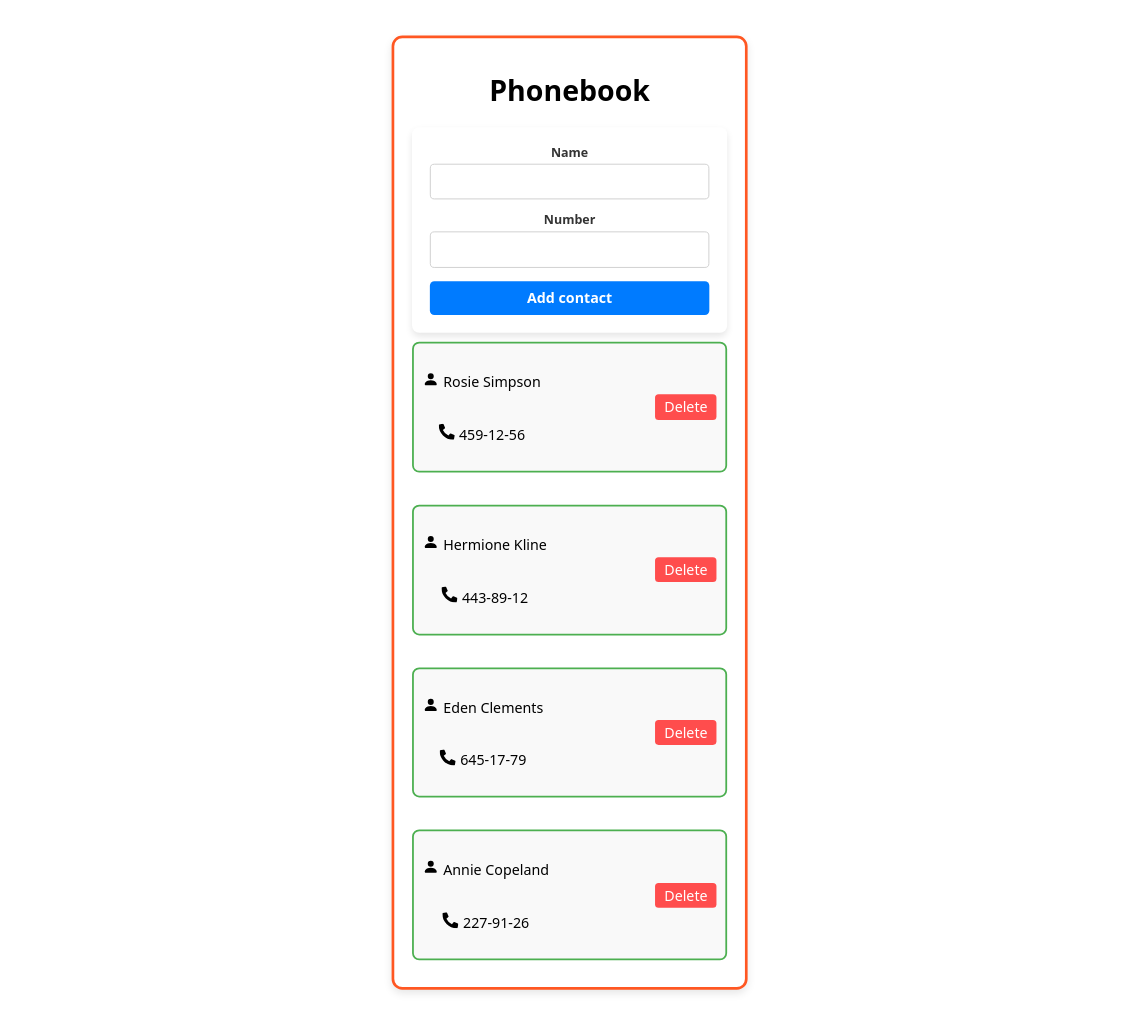
Repository: Evgeniya-Tishakova/goit-react-hw-03
Page: /
The author's editor kept a copy of each file at every save. The page is drawn from the files as they stood at one save, then again after the next save.
The browser window is 1280 px wide. The pictures show the whole page, at 89% of full size.
The project was rebuilt for these pictures with package versions that can differ from the ones it lists, and the page was loaded fresh each time. Also part of the build but not shown: vite.config.js, src/index.css.

Above is the page before, as saved 2025-03-09 15:29:44.

### src/main.jsx
import { StrictMode } from "react";
import { createRoot } from "react-dom/client";
import "./index.css";
import App from "./components/App/App";
import "modern-normalize";

createRoot(document.getElementById("root")).render(
  <StrictMode>
    <App />
  </StrictMode>
);

### src/components/App/App.jsx
import { useState } from "react";
import { nanoid } from "nanoid";

import css from "./App.module.css";
import ContactForm from "../ContactForm/ContactForm";
import ContactList from "../ContactList/ContactList";

export default function App() {
  const [users, setUsers] = useState([
    { id: "id-1", name: "Rosie Simpson", number: "459-12-56" },
    { id: "id-2", name: "Hermione Kline", number: "443-89-12" },
    { id: "id-3", name: "Eden Clements", number: "645-17-79" },
    { id: "id-4", name: "Annie Copeland", number: "227-91-26" },
  ]);
  const [filterContacts, setFilterContacts] = useState("");

  const addUser = (newUser) => {
    setUsers((prevUsers) => {
      return [...prevUsers, newUser];
    });
  };

  const deleteUser = (userId) => {
    console.log(userId);
  };

  const searchUsers = users.filter((user) => user.name.toLowerCase());

  return (
    <>
      <div className={css.container}>
        <h1 className={css.title}>Phonebook</h1>
        <ContactForm onAdd={addUser} />
        <ContactList users={users} onDelete={deleteUser} />
      </div>
    </>
  );
}

### src/components/App/App.module.css
.container {
  max-width: 400px;
  margin: 40px auto;
  padding: 20px;
  border: 3px solid #ff5722;
  border-radius: 12px;
  background-color: #fff;
  box-shadow: 0px 4px 10px rgba(0, 0, 0, 0.1);
  text-align: center;
}

### src/components/ContactForm/ContactForm.jsx
import { Formik, Form, Field, ErrorMessage } from "formik";
import css from "./ContactForm.module.css";
import * as Yup from "yup";
import { nanoid } from "nanoid";

const UserSchema = Yup.object().shape({
  name: Yup.string()
    .min(3, "Too Short!")
    .max(50, "Too Long!")
    .required("Required"),
  number: Yup.number()
    .min(3, "Too short")
    .max(50, "Too long")
    .required("Required"),
});

export default function ContactForm({ onAdd }) {
  const initialValues = {
    name: "",
    number: "",
  };

  const handleSubmit = (values, actions) => {
    console.log("handleSubmit", values);

    onAdd(values, (id = nanoid));
    actions.resetForm();
  };

  // const handleSubmit =(event) => {
  // event.preventDefault();
  //   onAdd({
  //     name: event.target.elements.name.value;
  //     number: event.target.elements.number.value;
  //   })
  // }

  return (
    <Formik
      initialValues={initialValues}
      onSubmit={handleSubmit}
      validation={UserSchema}
    >
      {(props) => (
        <Form className={css.form} onSubmit={props.handleSubmit}>
          <div className={css.container}>
            <label className={css.label}>Name</label>
            <Field className={css.input} type="text" name="name" />
            <ErrorMessage className={css.error} name="name" component="span" />
          </div>
          <div className={css.container}>
            <label className={css.label}>Number</label>
            <Field className={css.input} type="text" name="number" />
            <ErrorMessage
              className={css.error}
              name="number"
              component="span"
            />
          </div>

          <button className={css.button} type="submit">
            Add contact
          </button>
        </Form>
      )}
    </Formik>
  );
}

### src/components/ContactList/ContactList.jsx
import css from "./ContactList.module.css";
import Contact from "../Contact/Contact";

export default function ContactList({ users, onDelete }) {
  return (
    <ul className={css.list}>
      {users.map((user) => (
        <li className={css.item}>
          <Contact
            key={user.id}
            name={user.name}
            number={user.number}
            onDelete={onDelete}
          />
        </li>
      ))}
    </ul>
  );
}

### src/components/ContactForm/ContactForm.module.css
.form {
    display: flex;
    flex-direction: column;
    align-items: center;
    gap: 15px;
    background-color: #fff;
    padding: 20px;
    border-radius: 8px;
    box-shadow: 0 4px 8px rgba(0, 0, 0, 0.1);
    max-width: 400px;
    margin: 0 auto;
}

.container {
    display: flex;
    flex-direction: column;
    width: 100%;
}


.label {
    font-size: 14px;
    font-weight: 600;
    color: #333;
    margin-bottom: 5px;
}

.input {
    width: 100%;
    padding: 10px;
    border: 1px solid #ccc;
    border-radius: 5px;
    font-size: 16px;
    transition: border 0.3s ease;
}

.input:focus {
    border-color: #007bff;
    outline: none;
}

.button {
    width: 100%;
    padding: 10px;
    background-color: #007bff;
    color: white;
    font-size: 16px;
    font-weight: bold;
    border: none;
    border-radius: 5px;
    cursor: pointer;
    transition: background 0.3s ease;
}

.button:hover {
    background-color: #0056b3;
}

.button:active {
    background-color: #004494;
}


.error {
    font-size: 14px;
    color: orangered;
}

### src/components/ContactList/ContactList.module.css
.list {
    margin: 0;
    padding: 0;
    display: flex;
    flex-direction: column;
    gap: 16px;
}

.item {
    border: 2px solid #4caf50;
    border-radius: 8px;
    padding: 10px;
    margin: 10px 0;
    display: flex;
    justify-content: space-between;
    align-items: center;
    background-color: #f9f9f9;
}

.item:hover {
    background-color: #e8f5e9;
}

### src/components/Contact/Contact.jsx
import css from "./Contact.module.css";
import { BsPersonFill } from "react-icons/bs";
import { FaPhoneAlt } from "react-icons/fa";

export default function Contact({ id, name, number, onDelete }) {
  return (
    <>
      <div className={css.container}>
        <p className={css.text}>
          <BsPersonFill className={css.icon} />
          {name}
        </p>
        <p className={css.text}>
          <FaPhoneAlt className={css.icon} />
          {number}
        </p>
      </div>
      <button className={css.button} onClick={() => onDelete}>
        Delete
      </button>
    </>
  );
}

### src/components/Contact/Contact.module.css
.container {
    display: flex;
    flex-direction: column;
    gap: 6px;
    margin: 5px 0;

}



.button {
    padding: 5px 10px;
    background-color: #ff4d4d;
    border: none;
    color: white;
    border-radius: 4px;
    cursor: pointer;
    transition: background 0.3s;
}


.button:hover {
    background-color: #cc0000;
}

.icon {
    margin-right: 5px;



    width: 18px;
    height: 18px;
}

Loaded but not shown: index.html (common file)

After the next save:
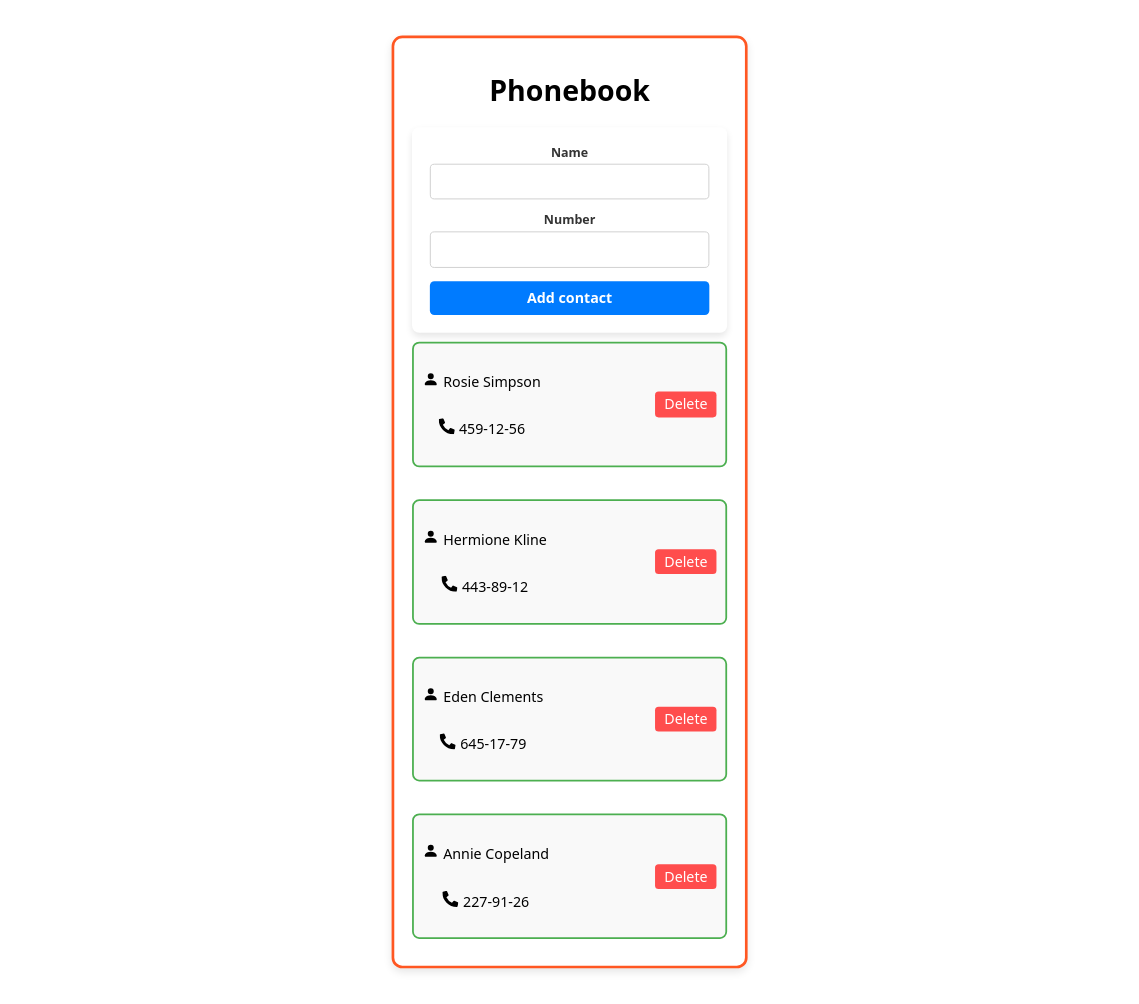
Saved 27 s later.
--- a/src/components/Contact/Contact.module.css
+++ b/src/components/Contact/Contact.module.css
@@ -1,7 +1,7 @@
 .container {
     display: flex;
     flex-direction: column;
-    gap: 6px;
+
     margin: 5px 0;
 
 }
